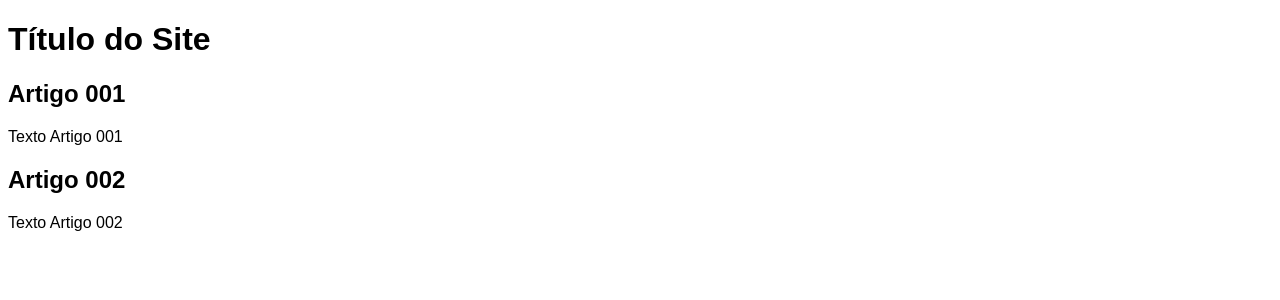
Repository: AnthonyLuanSantos/projeto-site
Page: index.html
An editor plug-in stored every save of this project. The page is shown before and after the next save, followed by the edit.
The browser window is 1280 px wide. The pictures show the whole page.

Above is the page before, as saved 2024-08-18 20:44:13.

After the next save:
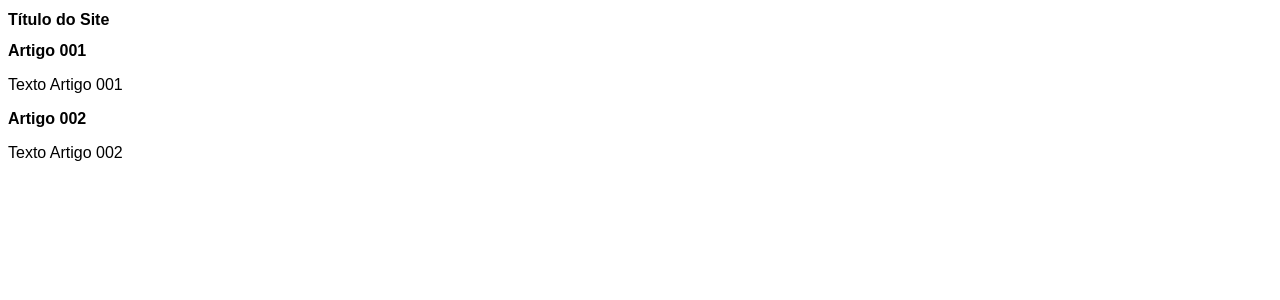
Saved 7 s later.
--- a/style.css
+++ b/style.css
@@ -1,4 +1,4 @@
 *{
     font-family: Arial, Helvetica, sans-serif;
-    font-size: 16;
+    font-size: 16px;
 }
